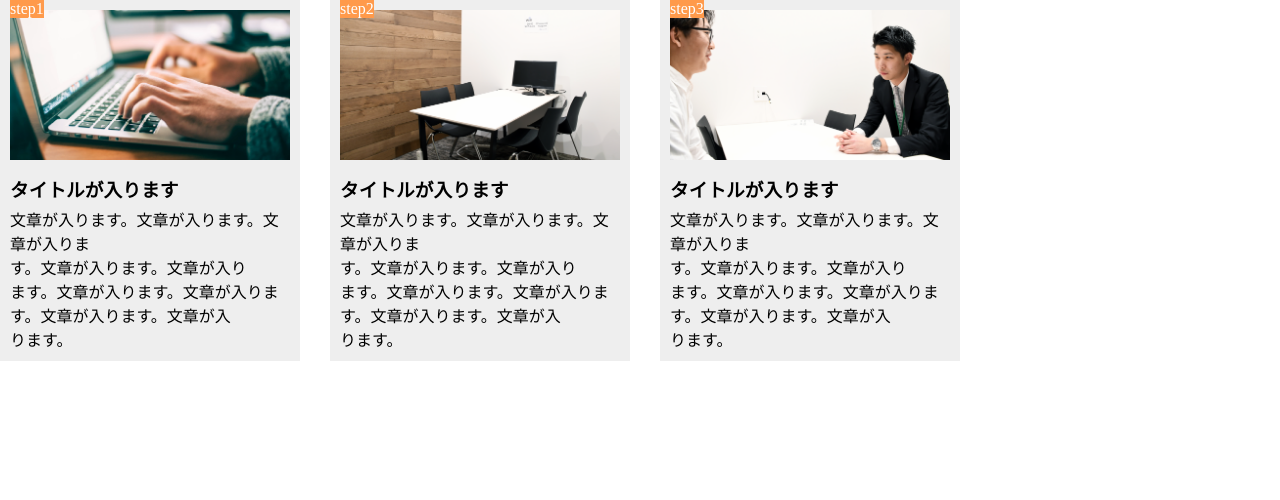
Repository: ryosei-110/HTML-CSS-
Page: 1-9exercise/1-9-2.html
The author's editor kept a record of every edit. The page is drawn from the files as they stood at one moment, then again after the next edit.
The browser window is 1280 px wide. The pictures show the whole page.

Above is the page before.

### 1-9exercise/1-9-2.html
<!DOCTYPE html>
<html lang="ja">
  <head>
    <meta charset="UTF-8" />
    <link rel="stylesheet" href="1-9-2.css" />
    <title>9章演習問題2</title>
  </head>

  <body>
    <header></header>

    <main>
      <div class="box">
        <div class="box-text">step1</div>
        <div class="image1"></div>
        <h3>タイトルが入ります</h3>
        <p>
          文章が入ります。文章が入ります。文章が入りま<br>
          す。文章が入ります。文章が入り<br>
          ます。文章が入ります。文章が入ります。文章が入ります。文章が入<br>
          ります。
        </p>
      </div>
      <div class="box">
        <div class="box-text">step2</div>
        <div class="image2"></div>
        <h3>タイトルが入ります</h3>
        <p>
          文章が入ります。文章が入ります。文章が入りま<br>
          す。文章が入ります。文章が入り<br>
          ます。文章が入ります。文章が入ります。文章が入ります。文章が入<br>
          ります。
        </p>
      </div>
      <div class="box">
        <div class="box-text">step3</div>
        <div class="image3"></div>
        <h3>タイトルが入ります</h3>
        <p>
          文章が入ります。文章が入ります。文章が入りま<br>
          す。文章が入ります。文章が入り<br>
          ます。文章が入ります。文章が入ります。文章が入ります。文章が入<br>
          ります。
        </p>
      </div>
    </main>

    <footer></footer>
  </body>
  </html>

### 1-9exercise/1-9-2.css
* {
  margin: 0;
  padding: 0;
  box-sizing: border-box;
}

.orange {
  background-color: #ff9a4b;
  width: 100%;
  height: 50px;
  margin-bottom: 50px;
}

.gray {
  background-color: #aaaaaa;
  width: 100%;
  height: 50px;
  margin-top: 50px;
}

main {
  width: 960px;
  height: auto;
  display: flex;
  flex-wrap:wrap;
  justify-content: center;
}

.box {
  width: 300px;
  margin-right: 30px;
  padding: 10px;
  background-color: #eeeeee;
}

.box:last-child {
  margin-right: 0;
}

.image1 {
  background-image: url(img/flow01.png);
  margin-bottom: 15px;
  width: 280px;
  height: 150px;
  background-size: cover;
  background-position: bottom center;
}

.image2 {
  background-image: url(img/flow02.png);
  margin-bottom: 15px;
  width: 280px;
  height: 150px;
  background-size: cover;
  background-position: bottom center;
}

.image3{
  background-image: url(img/flow03.png);
  margin-bottom: 15px;
  width: 280px;
  height: 150px;
  background-size: cover;
  background-position: bottom center;
}

p {
  margin-top: 5px;
}

.box-text {
  position: absolute;
  top: 0;
  left 0;
  background-color: #ff9a4b;
  color: white;
}

After the next edit:
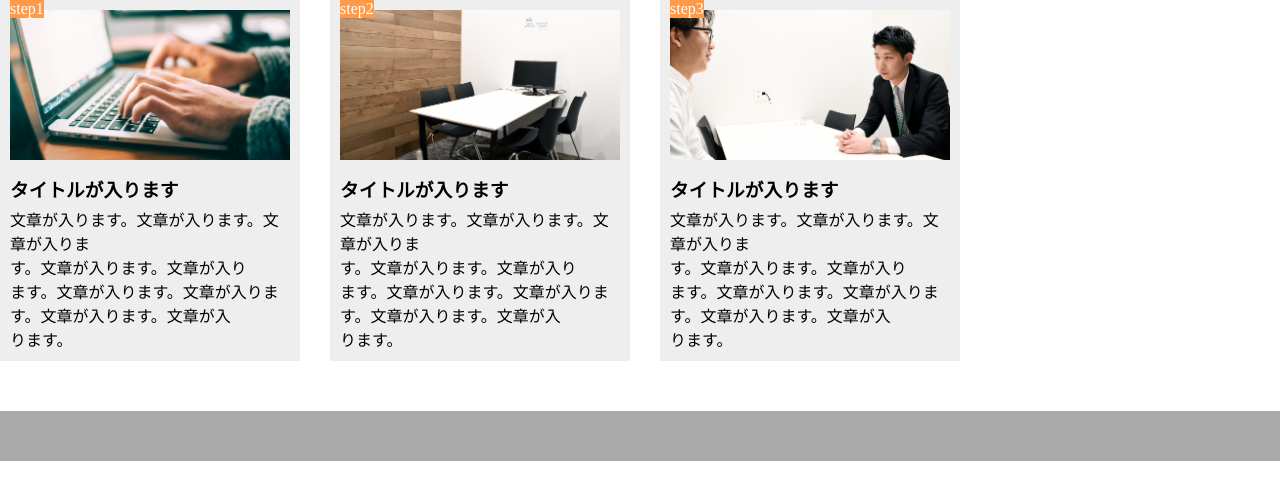
The edit:
--- a/1-9exercise/1-9-2.css
+++ b/1-9exercise/1-9-2.css
@@ -11,7 +11,7 @@
   margin-bottom: 50px;
 }
 
-.gray {
+footer {
   background-color: #aaaaaa;
   width: 100%;
   height: 50px;
